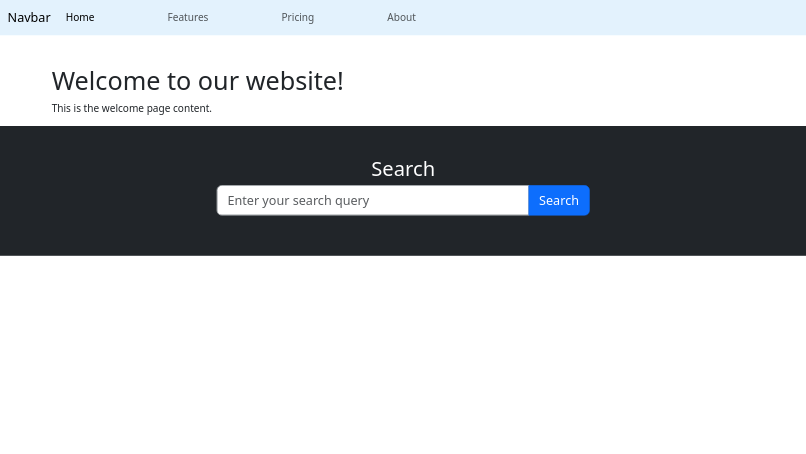
Repository: gyfffffff/meishimeike_test
Page: meishimeike/hello.html
An editor plug-in stored every save of this project. The page is shown before and after the next save, followed by the edit.
The browser window is 1280 px wide. The pictures show the whole page, at 63% of full size.

Above is the page before, as saved 2023-07-13 10:41:51.

### meishimeike/hello.html
<!DOCTYPE html>
<html lang="en">

<head>
    <meta charset="UTF-8">
    <meta name="viewport" content="width=device-width, initial-scale=1.0">
    <link rel="stylesheet" href="https://cdn.jsdelivr.net/npm/bootstrap@5.3.0/dist/css/bootstrap.min.css">
    <style>
        .navbar {
            margin-bottom: 20px;
            /* 调整导航栏与其他内容的间距 */
        }

        .navbar-nav li {
            margin-right: 100px;
            /* 调整右侧间距 */
        }
    </style>

    <title>美食每刻</title>
</head>

<body>
    <nav class="navbar navbar-expand-lg" style="background-color: #e3f2fd;" data-bs-theme="light">
        <div class="container-fluid">
            <a class="navbar-brand" href="#">Navbar</a>
            <button class="navbar-toggler collapsed" type="button" data-bs-toggle="collapse"
                data-bs-target="#navbarColor03" aria-controls="navbarColor03" aria-expanded="false"
                aria-label="Toggle navigation">
                <span class="navbar-toggler-icon"></span>
            </button>
            <div class="navbar-collapse collapse" id="navbarColor03" style="">
                <ul class="navbar-nav me-auto mb-2 mb-lg-0">
                    <li class="nav-item">
                        <a class="nav-link active" aria-current="page" href="#">Home</a>
                    </li>
                    <li class="nav-item">
                        <a class="nav-link" href="#">Features</a>
                    </li>
                    <li class="nav-item">
                        <a class="nav-link" href="#">Pricing</a>
                    </li>
                    <li class="nav-item">
                        <a class="nav-link" href="#">About</a>
                    </li>
                </ul>
                <!-- <form class="d-flex" role="search">
                    <input class="form-control me-2" type="search" placeholder="Search" aria-label="Search">
                    <button class="btn btn-outline-primary" type="submit">Search</button>
                </form> -->
            </div>
        </div>
    </nav>

    <div class="container mt-5">
        <h1>Welcome to our website!</h1>
        <p>This is the welcome page content.</p>
    </div>

    <div class="container-fluid bg-dark text-center p-5">
        <h2 class="text-white">Search</h2>
        <div class="input-group mb-3 w-50 mx-auto">
            <input type="text" class="form-control form-control-lg" placeholder="Enter your search query">
            <button class="btn btn-primary btn-lg" type="button">Search</button>
        </div>
    </div>

    <script src="https://cdn.jsdelivr.net/npm/bootstrap@5.3.0/dist/js/bootstrap.bundle.min.js"></script>
</body>

</html>

After the next save:
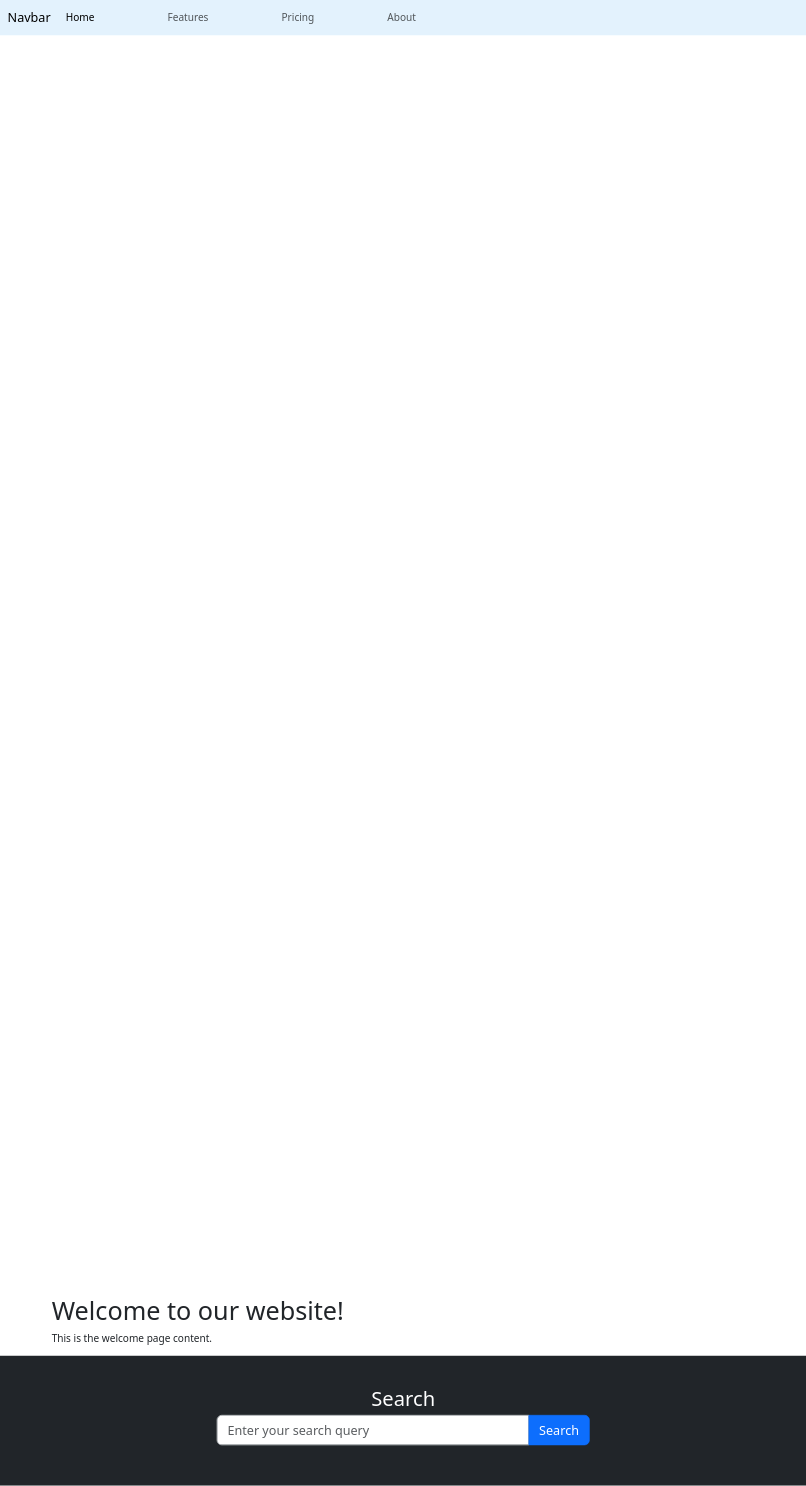
Saved 5 s later.
--- a/meishimeike/hello.html
+++ b/meishimeike/hello.html
@@ -7,7 +7,7 @@
     <link rel="stylesheet" href="https://cdn.jsdelivr.net/npm/bootstrap@5.3.0/dist/css/bootstrap.min.css">
     <style>
         .navbar {
-            margin-bottom: 20px;
+            margin-bottom: 2000px;
             /* 调整导航栏与其他内容的间距 */
         }
 
